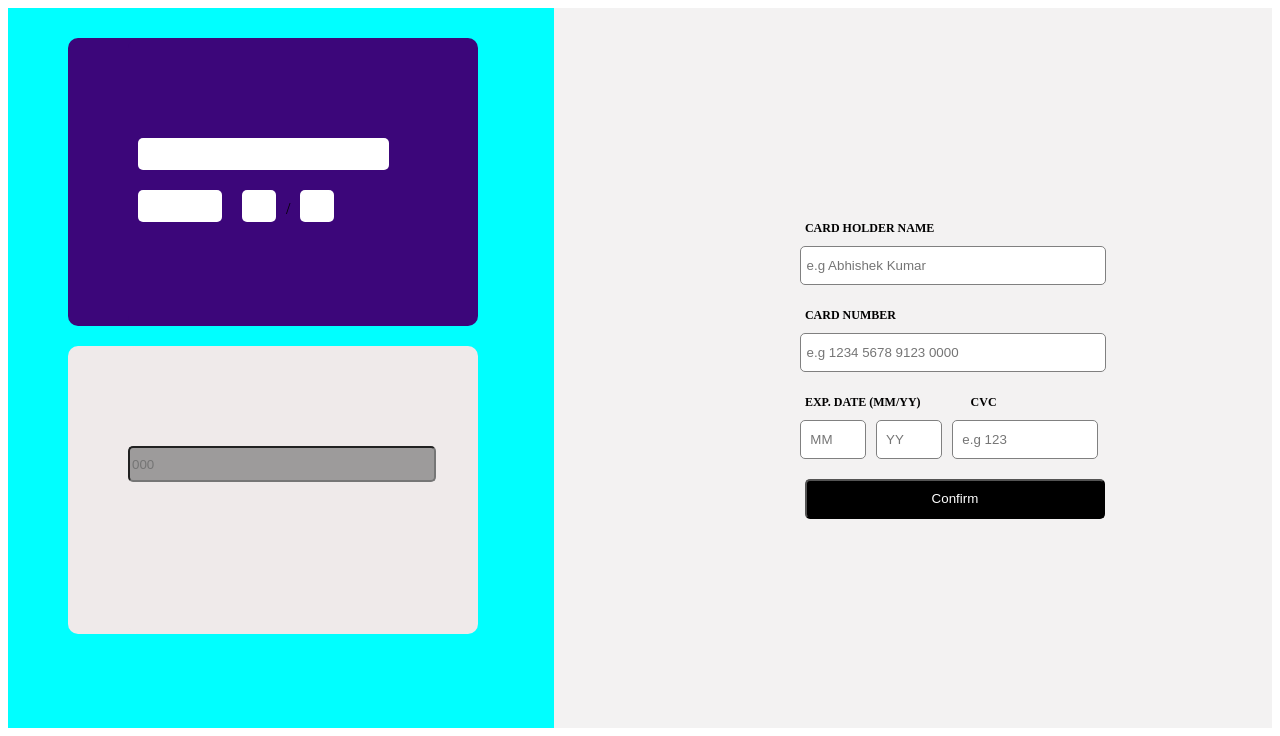
Repository: Abhi2359/frontendchallenge-1
Page: /
The author's editor kept a copy of each file at every save. The page is drawn from the files as they stood at one save, then again after the next save.
The browser window is 1280 px wide. The pictures show the whole page.
The project was rebuilt for these pictures with package versions that can differ from the ones it lists, and the page was loaded fresh each time.

Above is the page before, as saved 2023-02-15 20:26:47.

After the next save:
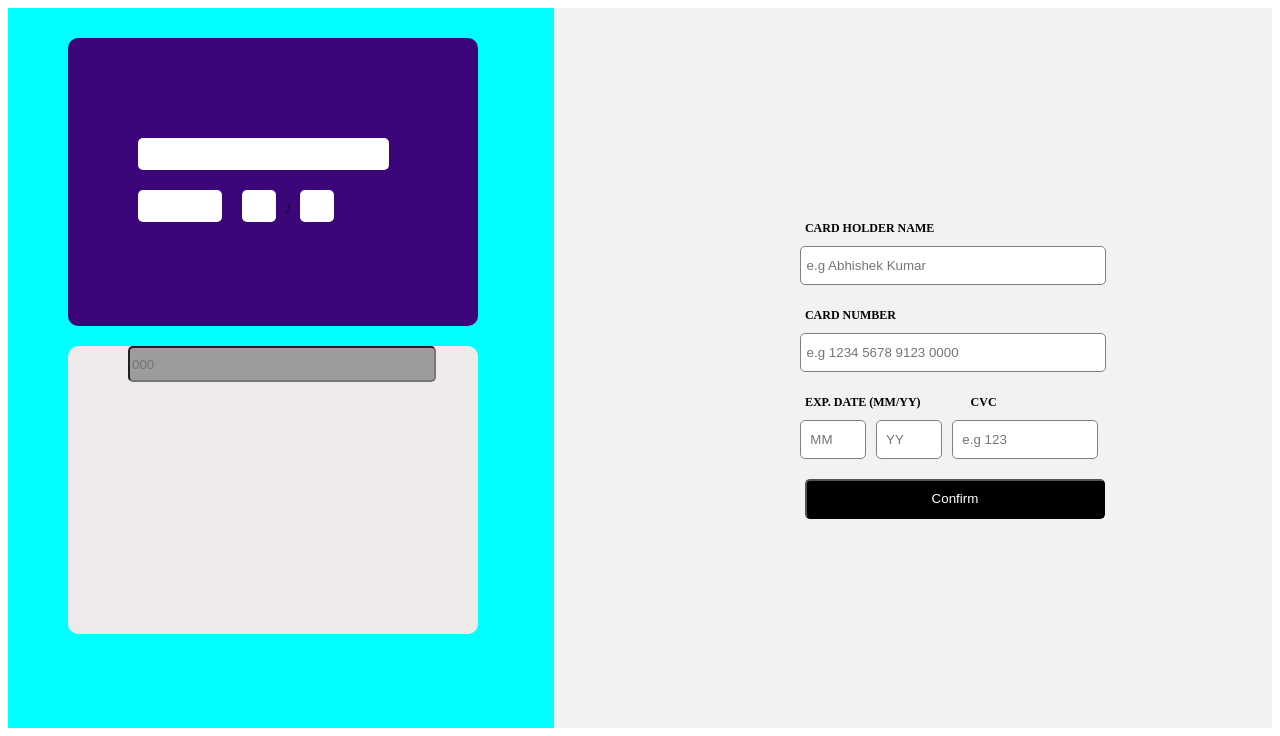
Saved 5 s later.
--- a/src/components/Cards/Card2.css
+++ b/src/components/Cards/Card2.css
@@ -14,7 +14,7 @@
 
 
 ._card__number2 input{
-    position: re;
+    position: fixed
     margin-top: 100px;
     height: 30px;
 width: 300px;

After the save that followed:
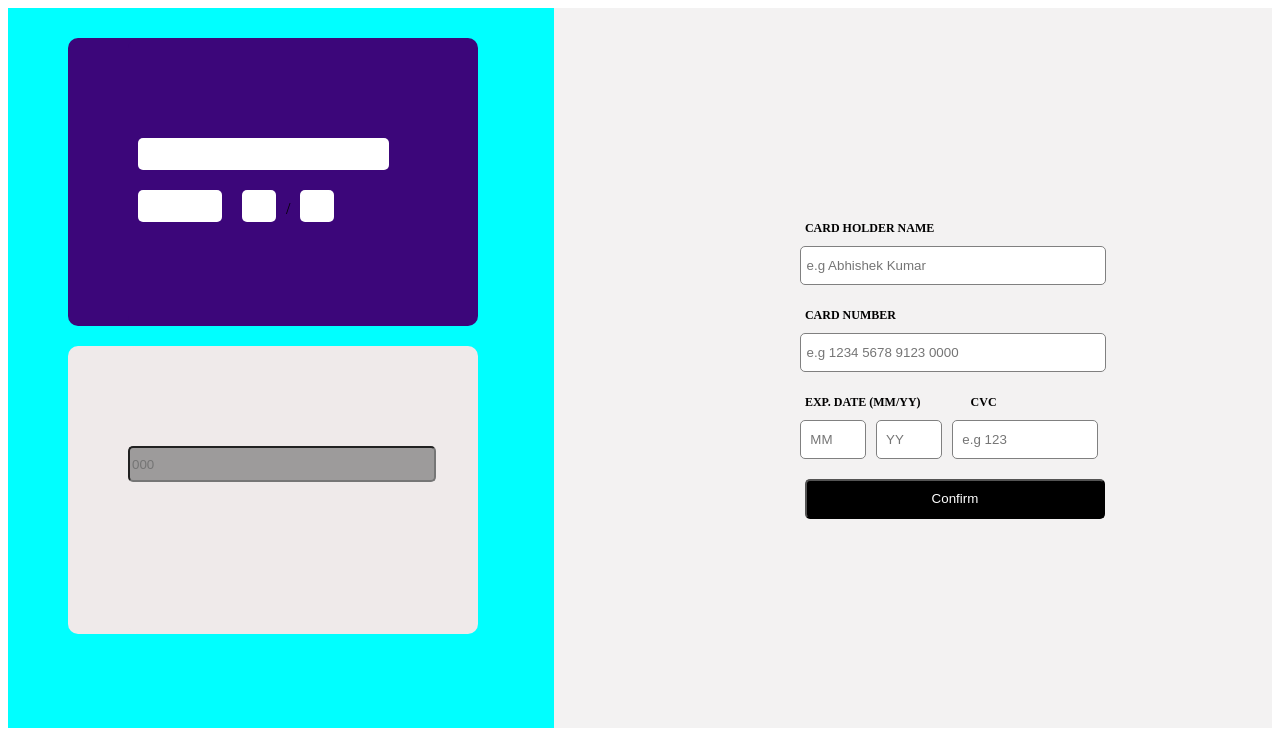
Saved 7 s later.
--- a/src/components/Cards/Card2.css
+++ b/src/components/Cards/Card2.css
@@ -14,7 +14,7 @@
 
 
 ._card__number2 input{
-    position: fixed
+    position: fixed;
     margin-top: 100px;
     height: 30px;
 width: 300px;
